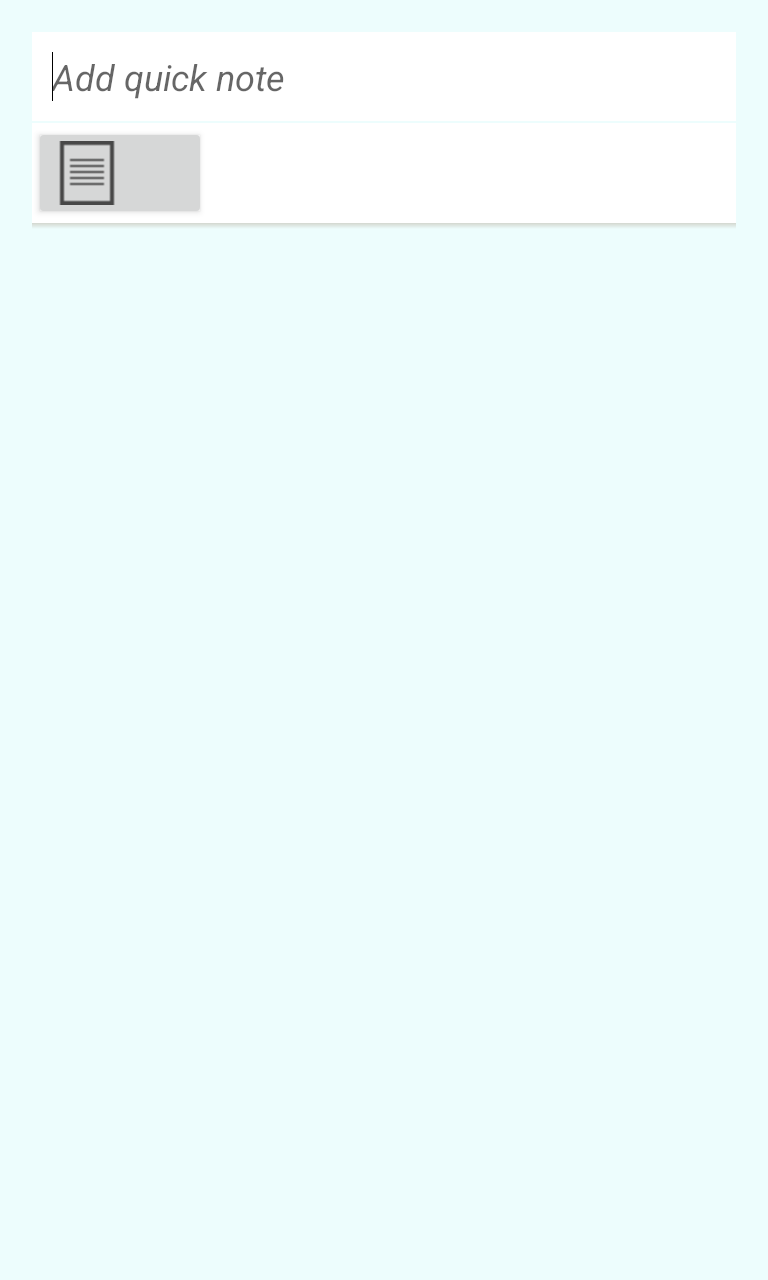
Repository: ishwormali/practices
Layout: Android/GoogleKeep/GoogleKeep/res/layout/fragment_main.xml
The author's editor kept a copy of each file at every save. The layout is drawn from the files as they stood at one save, then again after the next save.
It is drawn on a 768 x 1280 px phone screen (xhdpi) without system bars, with theme Theme.Orangeboom; the app's code is not run. The app's manifest (not shown) leaves right-to-left support off. So textAlignment, textDirection and layoutDirection are ignored, and left and right values win over start and end ones.

Above is the layout before, as saved 2014-04-01 07:22:41.

### Android/GoogleKeep/GoogleKeep/res/layout/fragment_main.xml
<RelativeLayout xmlns:android="http://schemas.android.com/apk/res/android"
    xmlns:tools="http://schemas.android.com/tools"
    android:layout_width="match_parent"
    android:layout_height="match_parent"
    android:paddingBottom="@dimen/activity_vertical_margin"
    android:paddingLeft="@dimen/activity_horizontal_margin"
    android:paddingRight="@dimen/activity_horizontal_margin"
    android:paddingTop="@dimen/activity_vertical_margin"
    tools:context="com.practices.googlekeep.MainActivity$PlaceholderFragment"
    android:background="@color/main_background"
      >

    <LinearLayout
        android:layout_width="match_parent"
        android:layout_height="wrap_content"
        android:layout_alignParentTop="true"
        android:layout_centerHorizontal="true"
        android:background="@drawable/area_container"
        android:orientation="vertical" >

        <EditText
            android:id="@+id/text_quicknote"
            android:layout_width="match_parent"
            android:layout_height="wrap_content"
            android:ems="10"  android:hint="@string/add_quick_note"
            android:background="@drawable/edit_box"
            android:textColor="@android:color/black"
android:textCursorDrawable="@null" android:padding="10dp"
             >

            <requestFocus />
        </EditText>
        <View
android:layout_width="fill_parent"
android:layout_height="1dip"
android:background="@color/main_background" />


        <LinearLayout android:layout_width="fill_parent"
            android:layout_height="50dp"
             >
            <Button android:layout_width="wrap_content"
                android:layout_height="wrap_content"
                android:drawableStart="@drawable/ico_linedpaper32"
                />
        </LinearLayout>

         <View
    android:id="@+id/divider"
    android:background="@drawable/drop_shadow"
    android:layout_width="match_parent"
    android:layout_height="3sp"
     />
    </LinearLayout>

</RelativeLayout>

### Android/GoogleKeep/GoogleKeep/res/values-v14/themes.xml
<?xml version="1.0" encoding="utf-8"?>
<!-- File created by the Android Action Bar Style Generator

     Copyright (C) 2011 The Android Open Source Project
     Copyright (C) 2012 readyState Software Ltd

     Licensed under the Apache License, Version 2.0 (the "License");
     you may not use this file except in compliance with the License.
     You may obtain a copy of the License at

          http://www.apache.org/licenses/LICENSE-2.0

     Unless required by applicable law or agreed to in writing, software
     distributed under the License is distributed on an "AS IS" BASIS,
     WITHOUT WARRANTIES OR CONDITIONS OF ANY KIND, either express or implied.
     See the License for the specific language governing permissions and
     limitations under the License.
-->

<resources xmlns:android="http://schemas.android.com/apk/res/android">

    <style name="Theme.Orangeboom" parent="@style/Theme.AppCompat.Light">
        <item name="android:actionBarItemBackground">@drawable/selectable_background_orangeboom</item>
        <item name="android:popupMenuStyle">@style/PopupMenu.Orangeboom</item>
        <item name="android:dropDownListViewStyle">@style/DropDownListView.Orangeboom</item>
        <item name="android:actionBarTabStyle">@style/ActionBarTabStyle.Orangeboom</item>
        <item name="android:actionDropDownStyle">@style/DropDownNav.Orangeboom</item>
        <item name="android:actionBarStyle">@style/ActionBar.Solid.Orangeboom</item>
        <item name="android:actionModeBackground">@drawable/cab_background_top_orangeboom</item>
        <item name="android:actionModeSplitBackground">@drawable/cab_background_bottom_orangeboom</item>
        <item name="android:actionModeCloseButtonStyle">@style/ActionButton.CloseMode.Orangeboom</item>
         <item name="actionMenuTextColor">@android:color/white</item>

    </style>

    <style name="ActionBar.Solid.Orangeboom" parent="@style/Widget.AppCompat.Light.ActionBar.Solid">
        <item name="android:background">@drawable/ab_solid_orangeboom</item>
        <item name="android:backgroundStacked">@drawable/ab_stacked_solid_orangeboom</item>
        <item name="android:backgroundSplit">@drawable/ab_bottom_solid_orangeboom</item>
        <item name="android:progressBarStyle">@style/ProgressBar.Orangeboom</item>
       <item name="android:titleTextStyle">@style/ActionBar.TextStyle.Orangeboom</item>
<!--        <item name="android:logo">@drawable/text_x_todo</item> -->
    </style>

    <style name="ActionBar.TextStyle.Orangeboom"
           parent="@style/TextAppearance.AppCompat.Widget.ActionBar.Title">
        <item name="android:textColor">@android:color/white</item>
    </style>

    <style name="ActionBar.Transparent.Orangeboom" parent="@style/Widget.AppCompat.Light.ActionBar">
        <item name="android:background">@drawable/ab_transparent_orangeboom</item>
        <item name="android:progressBarStyle">@style/ProgressBar.Orangeboom</item>
    </style>

    <!-- this style is only referenced in a Light.DarkActionBar based theme -->
    <style name="Theme.Orangeboom.Widget" parent="@style/Theme.AppCompat">
        <item name="android:popupMenuStyle">@style/PopupMenu.Orangeboom</item>
        <item name="android:dropDownListViewStyle">@style/DropDownListView.Orangeboom</item>
    </style>

</resources>

### Android/GoogleKeep/GoogleKeep/res/values/themes.xml
<?xml version="1.0" encoding="utf-8"?>
<!-- File created by the Android Action Bar Style Generator

     Copyright (C) 2011 The Android Open Source Project
     Copyright (C) 2012 readyState Software Ltd

     Licensed under the Apache License, Version 2.0 (the "License");
     you may not use this file except in compliance with the License.
     You may obtain a copy of the License at

          http://www.apache.org/licenses/LICENSE-2.0

     Unless required by applicable law or agreed to in writing, software
     distributed under the License is distributed on an "AS IS" BASIS,
     WITHOUT WARRANTIES OR CONDITIONS OF ANY KIND, either express or implied.
     See the License for the specific language governing permissions and
     limitations under the License.
-->

<resources xmlns:android="http://schemas.android.com/apk/res/android">

    <style name="Theme.Orangeboom" parent="@style/Theme.AppCompat.Light">
        <item name="actionBarItemBackground">@drawable/selectable_background_orangeboom</item>
        <item name="popupMenuStyle">@style/PopupMenu.Orangeboom</item>
        <item name="dropDownListViewStyle">@style/DropDownListView.Orangeboom</item>
        <item name="actionBarTabStyle">@style/ActionBarTabStyle.Orangeboom</item>
        <item name="actionDropDownStyle">@style/DropDownNav.Orangeboom</item>
        <item name="actionBarStyle">@style/ActionBar.Solid.Orangeboom</item>
        <item name="actionModeBackground">@drawable/cab_background_top_orangeboom</item>
        <item name="actionModeSplitBackground">@drawable/cab_background_bottom_orangeboom</item>
        <item name="actionModeCloseButtonStyle">@style/ActionButton.CloseMode.Orangeboom</item>
 <item name="actionMenuTextColor">@android:color/white</item>


    </style>

    <style name="ActionBar.Solid.Orangeboom" parent="@style/Widget.AppCompat.Light.ActionBar.Solid">
        <item name="background">@drawable/ab_solid_orangeboom</item>
        <item name="backgroundStacked">@drawable/ab_stacked_solid_orangeboom</item>
        <item name="backgroundSplit">@drawable/ab_bottom_solid_orangeboom</item>
        <item name="progressBarStyle">@style/ProgressBar.Orangeboom</item>
         <item name="titleTextStyle">@style/ActionBar.TextStyle.Orangeboom</item>
<!--          <item name="logo">@drawable/text_x_todo</item> -->
    </style>

     <style name="ActionBar.TextStyle.Orangeboom"
           parent="@style/TextAppearance.AppCompat.Widget.ActionBar.Title">
        <item name="android:textColor">@android:color/white</item>
    </style>

    <style name="ActionBar.Transparent.Orangeboom" parent="@style/Widget.AppCompat.Light.ActionBar">
        <item name="background">@drawable/ab_transparent_orangeboom</item>
        <item name="progressBarStyle">@style/ProgressBar.Orangeboom</item>
    </style>

    <style name="PopupMenu.Orangeboom" parent="@style/Widget.AppCompat.Light.PopupMenu">
        <item name="android:popupBackground">@drawable/menu_dropdown_panel_orangeboom</item>
    </style>

    <style name="DropDownListView.Orangeboom" parent="@style/Widget.AppCompat.Light.ListView.DropDown">
        <item name="android:listSelector">@drawable/selectable_background_orangeboom</item>
    </style>

    <style name="ActionBarTabStyle.Orangeboom" parent="@style/Widget.AppCompat.Light.ActionBar.TabView">
        <item name="android:background">@drawable/tab_indicator_ab_orangeboom</item>
        <item name="android:textColor">@android:color/white</item>
    </style>

    <style name="DropDownNav.Orangeboom" parent="@style/Widget.AppCompat.Light.Spinner.DropDown.ActionBar">
        <item name="android:background">@drawable/spinner_background_ab_orangeboom</item>
        <item name="android:popupBackground">@drawable/menu_dropdown_panel_orangeboom</item>
        <item name="android:dropDownSelector">@drawable/selectable_background_orangeboom</item>
    </style>

    <style name="ProgressBar.Orangeboom" parent="@style/Widget.AppCompat.ProgressBar.Horizontal">
        <item name="android:progressDrawable">@drawable/progress_horizontal_orangeboom</item>
    </style>

    <style name="ActionButton.CloseMode.Orangeboom" parent="@style/Widget.AppCompat.Light.ActionButton.CloseMode">
        <item name="android:background">@drawable/btn_cab_done_orangeboom</item>
    </style>

    <!-- this style is only referenced in a Light.DarkActionBar based theme -->
    <style name="Theme.Orangeboom.Widget" parent="@style/Theme.AppCompat">
        <item name="popupMenuStyle">@style/PopupMenu.Orangeboom</item>
        <item name="dropDownListViewStyle">@style/DropDownListView.Orangeboom</item>
    </style>

</resources>

### Android/GoogleKeep/GoogleKeep/res/drawable/selectable_background_orangeboom.xml
<?xml version="1.0" encoding="utf-8"?>
<!-- File created by the Android Action Bar Style Generator

     Copyright (C) 2011 The Android Open Source Project
     Copyright (C) 2012 readyState Software Ltd

     Licensed under the Apache License, Version 2.0 (the "License");
     you may not use this file except in compliance with the License.
     You may obtain a copy of the License at

          http://www.apache.org/licenses/LICENSE-2.0

     Unless required by applicable law or agreed to in writing, software
     distributed under the License is distributed on an "AS IS" BASIS,
     WITHOUT WARRANTIES OR CONDITIONS OF ANY KIND, either express or implied.
     See the License for the specific language governing permissions and
     limitations under the License.
-->

<selector xmlns:android="http://schemas.android.com/apk/res/android"
        android:exitFadeDuration="@android:integer/config_mediumAnimTime" >
    <item android:state_pressed="false" android:state_focused="true" android:drawable="@drawable/list_focused_orangeboom" />
    <item android:state_pressed="true" android:drawable="@drawable/list_pressed_orangeboom" />
    <item android:drawable="@android:color/transparent" />
</selector>

### Android/GoogleKeep/GoogleKeep/res/drawable/btn_cab_done_orangeboom.xml
<?xml version="1.0" encoding="utf-8"?>
<!-- File created by the Android Action Bar Style Generator

     Copyright (C) 2011 The Android Open Source Project
     Copyright (C) 2012 readyState Software Ltd

     Licensed under the Apache License, Version 2.0 (the "License");
     you may not use this file except in compliance with the License.
     You may obtain a copy of the License at

          http://www.apache.org/licenses/LICENSE-2.0

     Unless required by applicable law or agreed to in writing, software
     distributed under the License is distributed on an "AS IS" BASIS,
     WITHOUT WARRANTIES OR CONDITIONS OF ANY KIND, either express or implied.
     See the License for the specific language governing permissions and
     limitations under the License.
-->

<selector xmlns:android="http://schemas.android.com/apk/res/android">
    <item android:state_pressed="true"
        android:drawable="@drawable/btn_cab_done_pressed_orangeboom" />
    <item android:state_focused="true" android:state_enabled="true"
        android:drawable="@drawable/btn_cab_done_focused_orangeboom" />
    <item android:state_enabled="true"
        android:drawable="@drawable/btn_cab_done_default_orangeboom" />
</selector>

### Android/GoogleKeep/GoogleKeep/res/drawable/progress_horizontal_orangeboom.xml
<?xml version="1.0" encoding="utf-8"?>
<!-- File created by the Android Action Bar Style Generator

     Copyright (C) 2011 The Android Open Source Project
     Copyright (C) 2012 readyState Software Ltd

     Licensed under the Apache License, Version 2.0 (the "License");
     you may not use this file except in compliance with the License.
     You may obtain a copy of the License at

          http://www.apache.org/licenses/LICENSE-2.0

     Unless required by applicable law or agreed to in writing, software
     distributed under the License is distributed on an "AS IS" BASIS,
     WITHOUT WARRANTIES OR CONDITIONS OF ANY KIND, either express or implied.
     See the License for the specific language governing permissions and
     limitations under the License.
-->

<layer-list xmlns:android="http://schemas.android.com/apk/res/android">

    <item android:id="@android:id/background"
          android:drawable="@drawable/progress_bg_orangeboom" />

    <item android:id="@android:id/secondaryProgress">
        <scale android:scaleWidth="100%"
               android:drawable="@drawable/progress_secondary_orangeboom" />
    </item>

    <item android:id="@android:id/progress">
        <scale android:scaleWidth="100%"
               android:drawable="@drawable/progress_primary_orangeboom" />
    </item>

</layer-list>

### Android/GoogleKeep/GoogleKeep/res/drawable/spinner_background_ab_orangeboom.xml
<?xml version="1.0" encoding="utf-8"?>
<!-- File created by the Android Action Bar Style Generator

     Copyright (C) 2011 The Android Open Source Project
     Copyright (C) 2012 readyState Software Ltd

     Licensed under the Apache License, Version 2.0 (the "License");
     you may not use this file except in compliance with the License.
     You may obtain a copy of the License at

          http://www.apache.org/licenses/LICENSE-2.0

     Unless required by applicable law or agreed to in writing, software
     distributed under the License is distributed on an "AS IS" BASIS,
     WITHOUT WARRANTIES OR CONDITIONS OF ANY KIND, either express or implied.
     See the License for the specific language governing permissions and
     limitations under the License.
-->

<selector xmlns:android="http://schemas.android.com/apk/res/android">
    <item android:state_enabled="false"
        android:drawable="@drawable/spinner_ab_disabled_orangeboom" />
    <item android:state_pressed="true"
        android:drawable="@drawable/spinner_ab_pressed_orangeboom" />
    <item android:state_pressed="false" android:state_focused="true"
        android:drawable="@drawable/spinner_ab_focused_orangeboom" />
    <item android:drawable="@drawable/spinner_ab_default_orangeboom" />
</selector>

### Android/GoogleKeep/GoogleKeep/res/drawable/tab_indicator_ab_orangeboom.xml
<?xml version="1.0" encoding="utf-8"?>
<!-- File created by the Android Action Bar Style Generator

     Copyright (C) 2011 The Android Open Source Project
     Copyright (C) 2012 readyState Software Ltd

     Licensed under the Apache License, Version 2.0 (the "License");
     you may not use this file except in compliance with the License.
     You may obtain a copy of the License at

          http://www.apache.org/licenses/LICENSE-2.0

     Unless required by applicable law or agreed to in writing, software
     distributed under the License is distributed on an "AS IS" BASIS,
     WITHOUT WARRANTIES OR CONDITIONS OF ANY KIND, either express or implied.
     See the License for the specific language governing permissions and
     limitations under the License.
-->

<selector xmlns:android="http://schemas.android.com/apk/res/android">
    <!-- Non focused states -->
    <item android:state_focused="false" android:state_selected="false" android:state_pressed="false" android:drawable="@android:color/transparent" />
    <item android:state_focused="false" android:state_selected="true"  android:state_pressed="false" android:drawable="@drawable/tab_selected_orangeboom" />

    <!-- Focused states -->
    <item android:state_focused="true" android:state_selected="false" android:state_pressed="false" android:drawable="@drawable/tab_unselected_focused_orangeboom" />
    <item android:state_focused="true" android:state_selected="true"  android:state_pressed="false" android:drawable="@drawable/tab_selected_focused_orangeboom" />

    <!-- Pressed -->
    <!--    Non focused states -->
    <item android:state_focused="false" android:state_selected="false" android:state_pressed="true" android:drawable="@drawable/tab_unselected_pressed_orangeboom" />
    <item android:state_focused="false" android:state_selected="true"  android:state_pressed="true" android:drawable="@drawable/tab_selected_pressed_orangeboom" />

    <!--    Focused states -->
    <item android:state_focused="true" android:state_selected="false" android:state_pressed="true" android:drawable="@drawable/tab_unselected_pressed_orangeboom" />
    <item android:state_focused="true" android:state_selected="true"  android:state_pressed="true" android:drawable="@drawable/tab_selected_pressed_orangeboom" />
</selector>

### Android/GoogleKeep/GoogleKeep/res/values/dimens.xml
<resources>

    <!-- Default screen margins, per the Android Design guidelines. -->
    <dimen name="activity_horizontal_margin">16dp</dimen>
    <dimen name="activity_vertical_margin">16dp</dimen>

</resources>

### Android/GoogleKeep/GoogleKeep/res/values/Color.xml
<?xml version="1.0" encoding="utf-8"?>
<resources>
    <color name="main_background">#EDFDFD</color>
    <color name="area_container_background">#FFFFFF</color>

</resources>

### Android/GoogleKeep/GoogleKeep/res/drawable/area_container.xml
<?xml version="1.0" encoding="utf-8"?>
<shape xmlns:android="http://schemas.android.com/apk/res/android"

    >
    <solid android:color="@color/area_container_background"/>

</shape>

### Android/GoogleKeep/GoogleKeep/res/values/strings.xml
<?xml version="1.0" encoding="utf-8"?>
<resources>

    <string name="app_name">GoogleKeep</string>
    <string name="hello_world">Hello world!</string>
    <string name="action_settings">Settings</string>
	<string name="add_quick_note"><i>Add quick note</i></string>
</resources>

### Android/GoogleKeep/GoogleKeep/res/drawable/edit_box.xml
<?xml version="1.0" encoding="utf-8"?>
<shape xmlns:android="http://schemas.android.com/apk/res/android"
    android:shape="rectangle"
    android:padding="10dp"
     >

<solid android:color="#FFFFFF"/>

</shape>

### Android/GoogleKeep/GoogleKeep/res/drawable/drop_shadow.xml
<?xml version="1.0" encoding="utf-8"?>
<shape xmlns:android="http://schemas.android.com/apk/res/android" android:shape="rectangle">
  <gradient
    android:startColor="@color/main_background"

    android:endColor="#d3d7cf"
    android:angle="90" />
</shape>

Loaded but not shown: Android/GoogleKeep/GoogleKeep/res/values-w820dp/dimens.xml (common file)

After the next save:
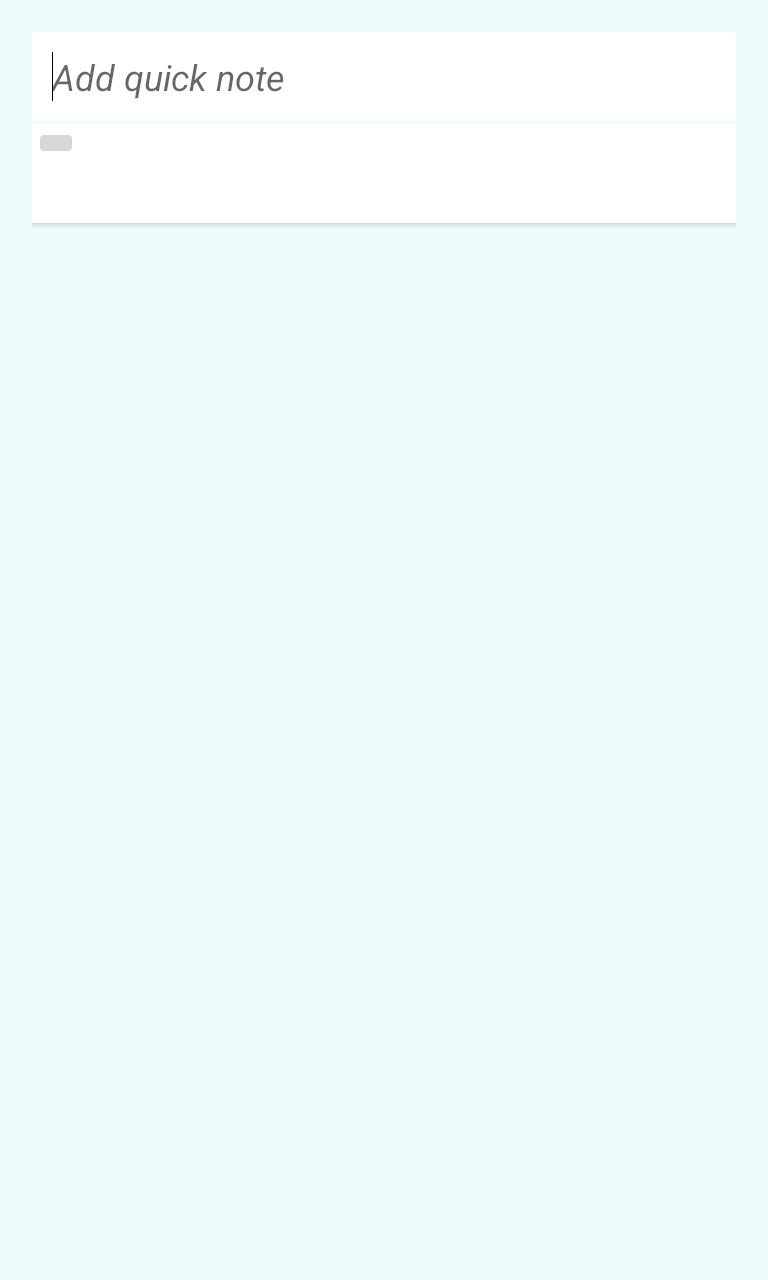
Saved 76 s later.
--- a/Android/GoogleKeep/GoogleKeep/res/layout/fragment_main.xml
+++ b/Android/GoogleKeep/GoogleKeep/res/layout/fragment_main.xml
@@ -39,7 +39,7 @@ android:background="@color/main_background" />
         <LinearLayout android:layout_width="fill_parent"
             android:layout_height="50dp"
              >
-            <Button android:layout_width="wrap_content"
+            <ImageButton android:layout_width="wrap_content"
                 android:layout_height="wrap_content"
                 android:drawableStart="@drawable/ico_linedpaper32"
                 />
